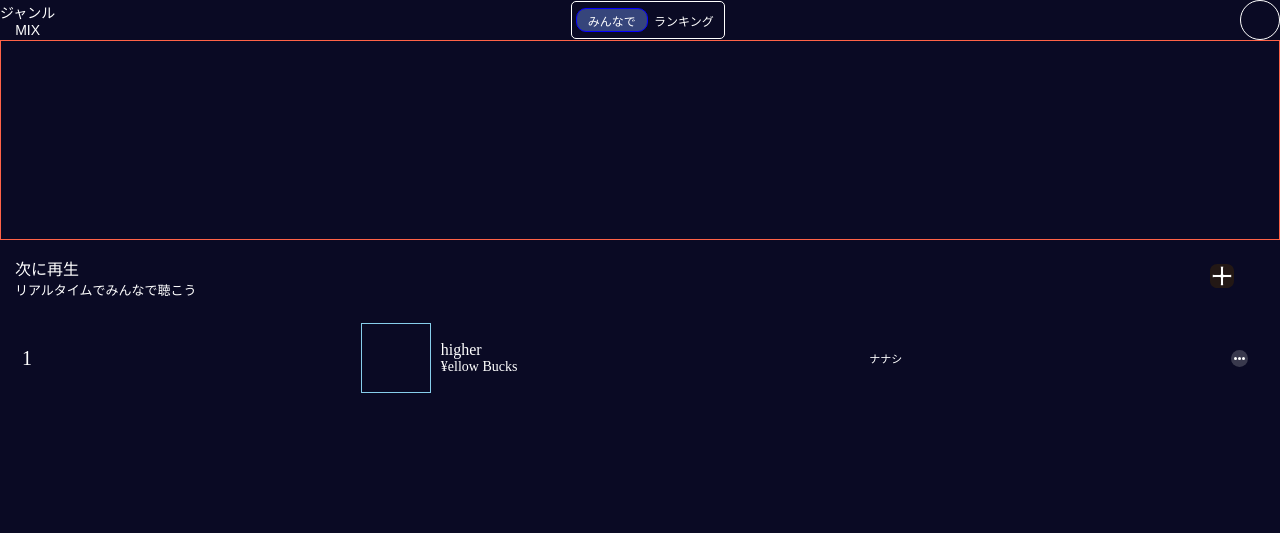
Repository: FujieRyou/2024_team
Page: /LoggedIn
The author's editor kept a copy of each file at every save. The page is drawn from the files as they stood at one save, then again after the next save.
The browser window is 1280 px wide. The pictures show the whole page.
The project was rebuilt for these pictures with package versions that can differ from the ones it lists, and the page was loaded fresh each time. The framework's server and built-in components were replaced by stand-ins that run in the browser. Also part of the build but not shown: next.config.js.

Above is the page before, as saved 2024-01-11 12:28:00.

After the next save:
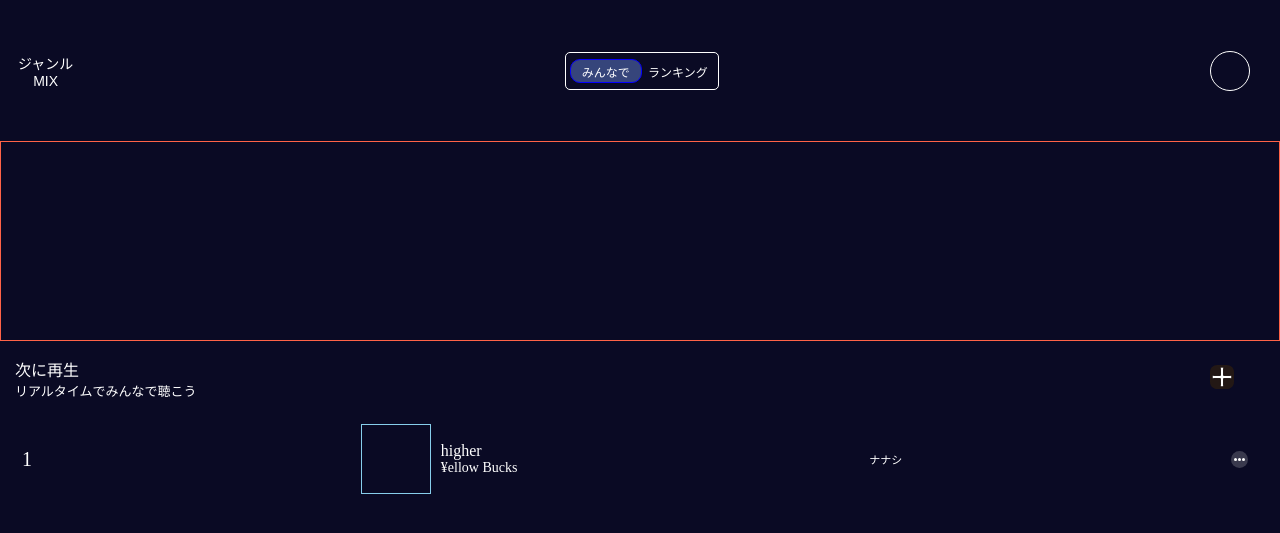
Saved 49 s later.
--- a/src/styles/index.css
+++ b/src/styles/index.css
@@ -170,6 +170,7 @@ header{
     display: flex;
     align-items: center;
     justify-content: space-between;
+    padding: 51px 30px 50px 18px;
 }
 
 .genre_wrap{
